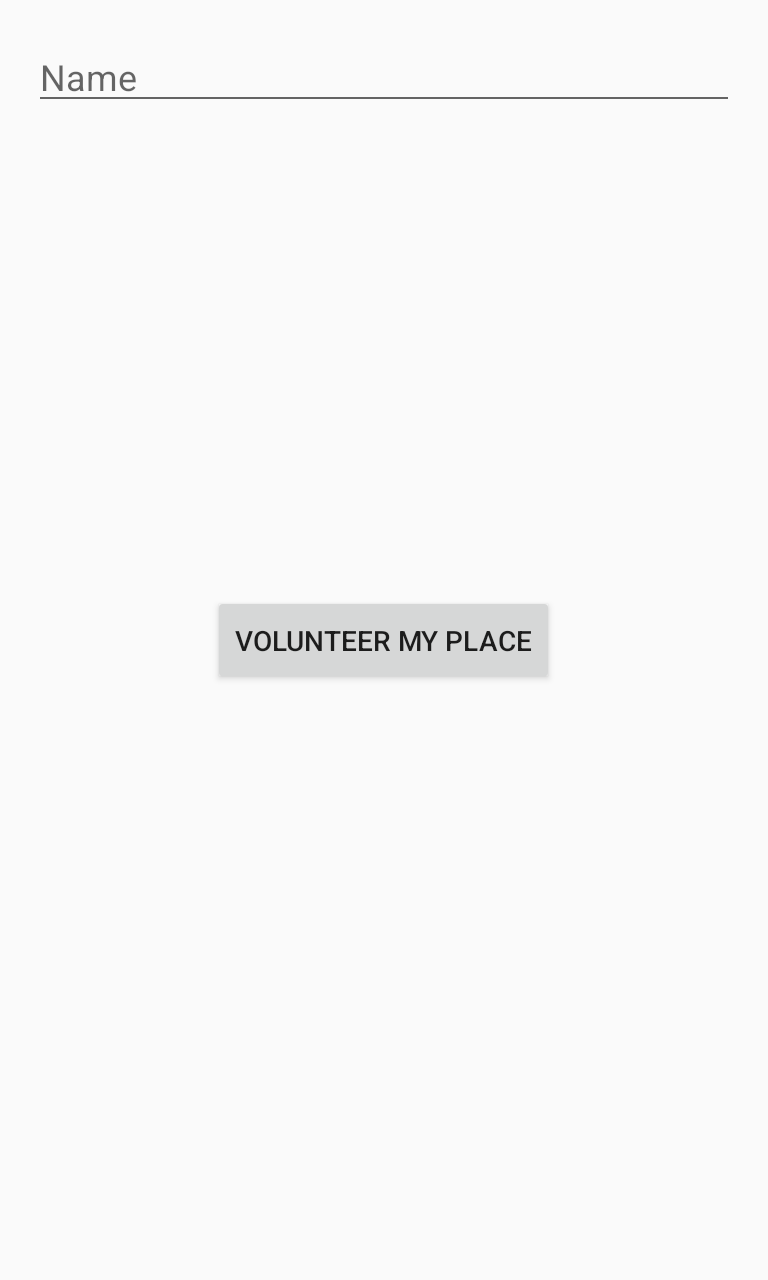
Repository: ckskylight/HackMIT-2014
Layout: HelpMe/res/layout/help_others.xml
These files come from the project's save history. The layout is drawn as it stood at one moment and after a run of saves; the edit follows.
It is drawn on a 768 x 1280 px phone screen (xhdpi) without system bars, with theme AppTheme; the app's code is not run.

Above is the layout before, as saved 2014-10-05 09:15:15.

After the next 3 saves:
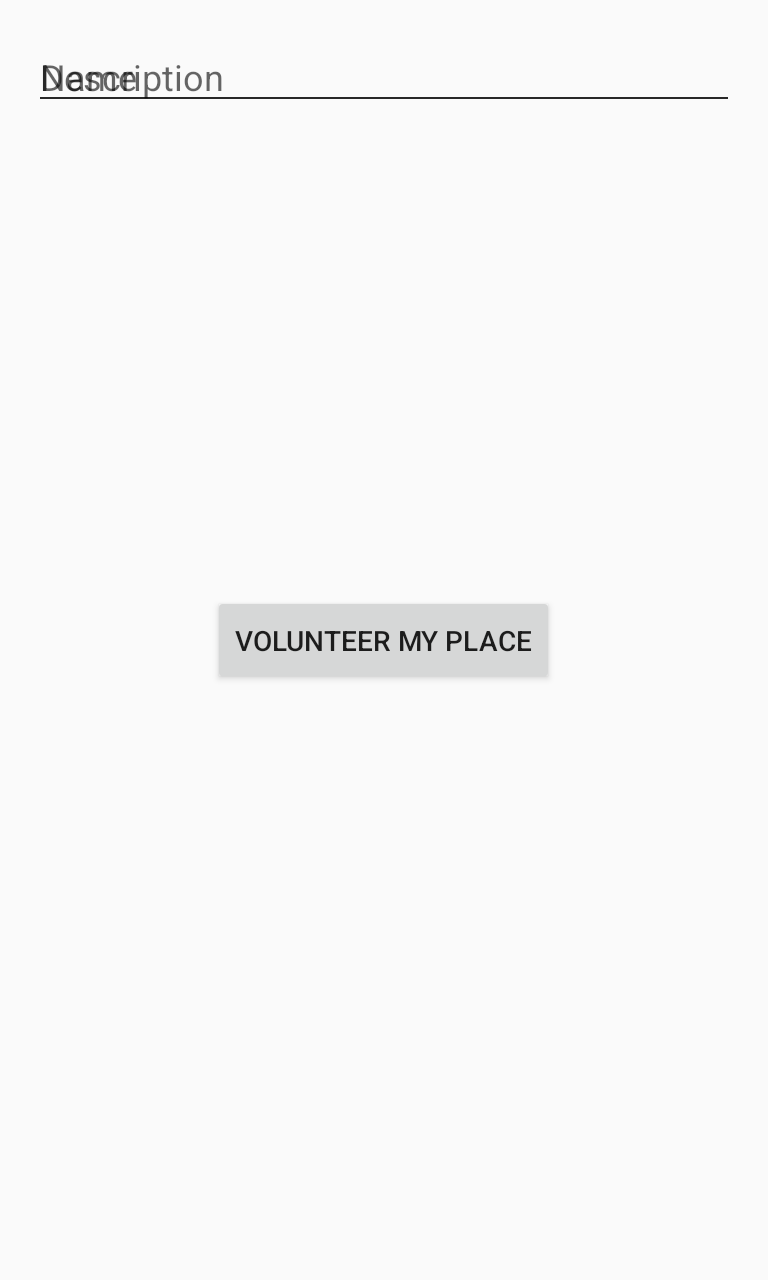
The 3 saves are shown as one change because 2 did not build or start.
The last was saved 71 s later.
--- a/HelpMe/res/layout/help_others.xml
+++ b/HelpMe/res/layout/help_others.xml
@@ -19,6 +19,12 @@
     	android:layout_height="wrap_content"
     	android:hint="@string/name_hint" />
 
+    <EditText
+        android:id="@+id/Description"
+    	android:layout_width="fill_parent"
+    	android:layout_height="wrap_content"
+    	android:hint="@string/description_hint" />
+
     <Button
         android:id="@+id/volunteer"
         android:layout_width="wrap_content"
--- a/HelpMe/res/values/strings.xml
+++ b/HelpMe/res/values/strings.xml
@@ -9,5 +9,6 @@
     <string name="help_me">Help Me</string>
 	<string name="phone_hint">Phone Number</string>
 	<string name="name_hint">Name</string>
+	<string name="description_hint">Description</string>
 	<string name="help_others">Volunteer My Place</string>
 </resources>
